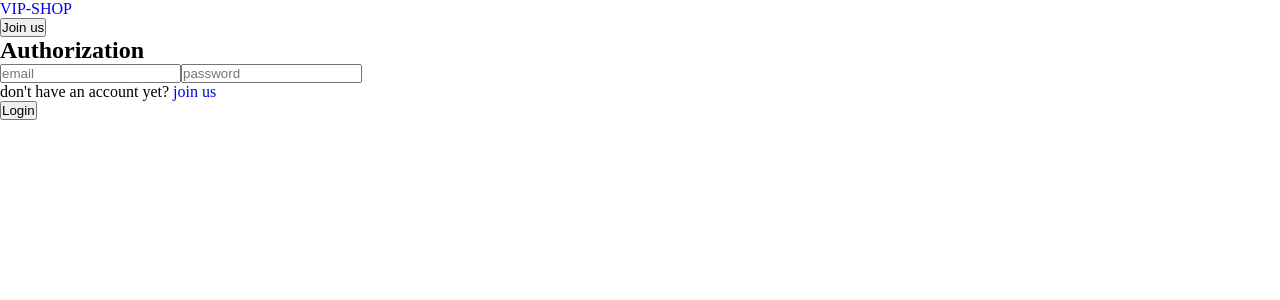
Repository: Mirsmog/VIP-SHOP
Page: /login (app in client/)
These files come from the project's save history. The page is drawn as it stood at one moment and after the next save; the edit follows.
The browser window is 1280 px wide. The pictures show the whole page.
The project was rebuilt for these pictures with package versions that can differ from the ones it lists, and the page was loaded fresh each time. Also part of the build but not shown: client/vite.config.js, client/src/pages/Admin.tsx, client/src/pages/DevicePage.tsx, client/src/pages/Shop.jsx, client/src/pages/Basket.jsx.

Above is the page before, as saved 2023-11-02 19:54:53.

After the next save:
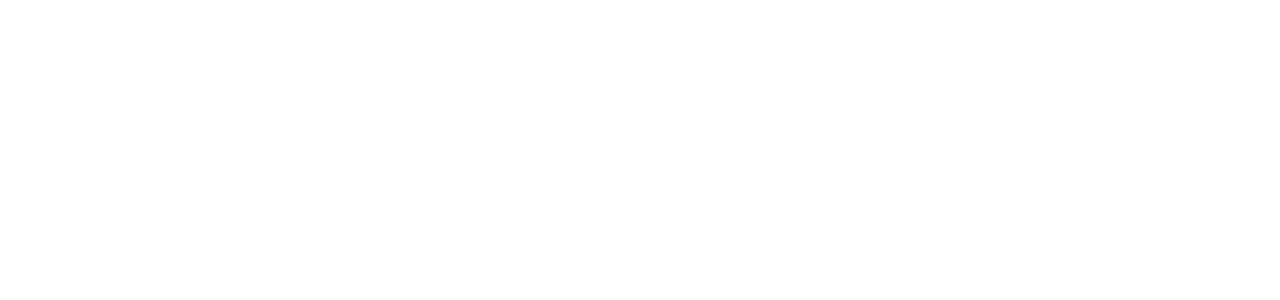
Console error: ReferenceError: useLocation is not defined
Saved 6 s later.
--- a/client/src/pages/Auth.jsx
+++ b/client/src/pages/Auth.jsx
@@ -8,6 +8,8 @@
 import { REGISTRATION_ROUTE } from '../utils/consts';
 
 function Auth() {
+  const location = useLocation();
+  const isLogin = location === LOGIN_ROUTE;
   return (
     <Container
       className='d-flex justify-content-center align-items-center'
@@ -23,9 +25,7 @@
               don't have an account yet?{' '}
               <NavLink to={REGISTRATION_ROUTE}>join us</NavLink>
             </div>
-            <Button variant={'outline-success'}>
-              Login
-            </Button>
+            <Button variant={'outline-success'}>Login</Button>
           </div>
         </Form>
       </Card>

After the 2 saves that followed:
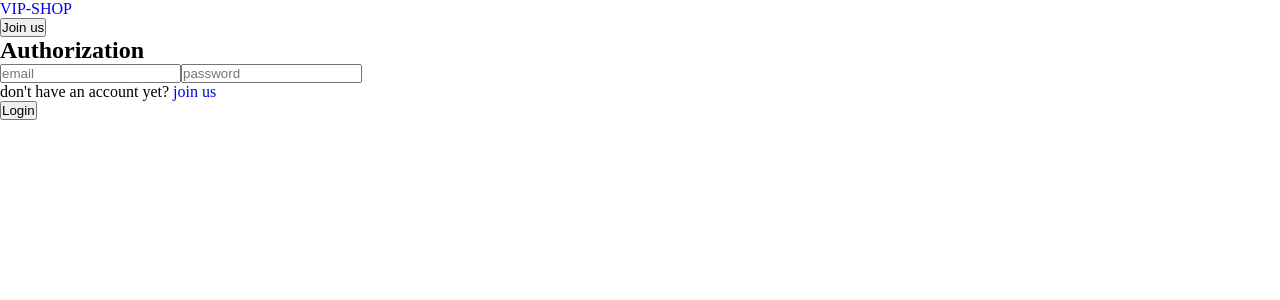
The error is gone.
The 2 saves are shown as one change because 1 left the picture as it was.
The last was saved 86 s later.
--- a/client/src/components/NavBar.jsx
+++ b/client/src/components/NavBar.jsx
@@ -3,8 +3,8 @@
 import Nav from 'react-bootstrap/Nav';
 import Navbar from 'react-bootstrap/Navbar';
 import Button from 'react-bootstrap/Button';
-import { NavLink, useLocation } from 'react-router-dom';
-import { LOGIN_ROUTE, SHOP_ROUTE } from '../utils/consts';
+import { NavLink } from 'react-router-dom';
+import { SHOP_ROUTE } from '../utils/consts';
 import { observer } from 'mobx-react-lite'; // Or "mobx-react".
 import { Context } from '../main';
 
--- a/client/src/pages/Auth.jsx
+++ b/client/src/pages/Auth.jsx
@@ -2,10 +2,9 @@
 import Container from 'react-bootstrap/esm/Container';
 import Form from 'react-bootstrap/esm/Form';
 import Card from 'react-bootstrap/esm/Card';
-import Row from 'react-bootstrap/esm/Row';
 import Button from 'react-bootstrap/esm/Button';
-import { NavLink } from 'react-router-dom';
-import { REGISTRATION_ROUTE } from '../utils/consts';
+import { NavLink, useLocation } from 'react-router-dom';
+import { LOGIN_ROUTE, REGISTRATION_ROUTE } from '../utils/consts';
 
 function Auth() {
   const location = useLocation();
@@ -16,7 +15,7 @@
       style={{ height: window.innerHeight - 57 }}
     >
       <Card style={{ width: 600 }} className='p-5'>
-        <h2 className='m-auto'>Authorization</h2>
+        <h2 className='m-auto'>{!isLogin ? 'Authorization' : 'Login'}</h2>
         <Form className='d-flex flex-column'>
           <Form.Control className='mt-3' placeholder='email' />
           <Form.Control className='mt-3' placeholder='password' />
